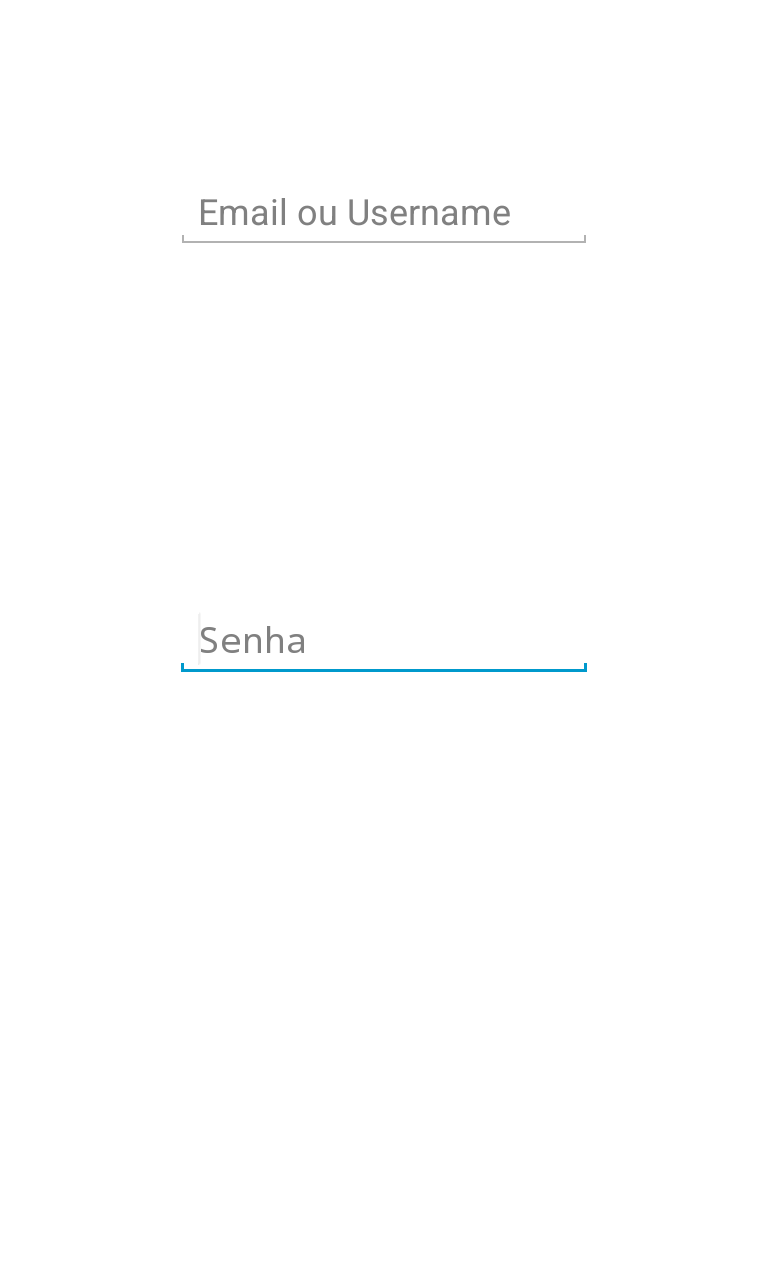
Repository: sergiofffilho/TrocandoIdeias
Layout: workspace/TrocandoIdeias/res/layout/activity_tela_login.xml
The author's editor kept a copy of each file at every save. The layout is drawn from the files as they stood at one save, then again after the next save.
It is drawn on a 768 x 1280 px phone screen (xhdpi) without system bars, with theme AppTheme; the app's code is not run.

Above is the layout before, as saved 2015-04-25 14:48:26.

After the next save:
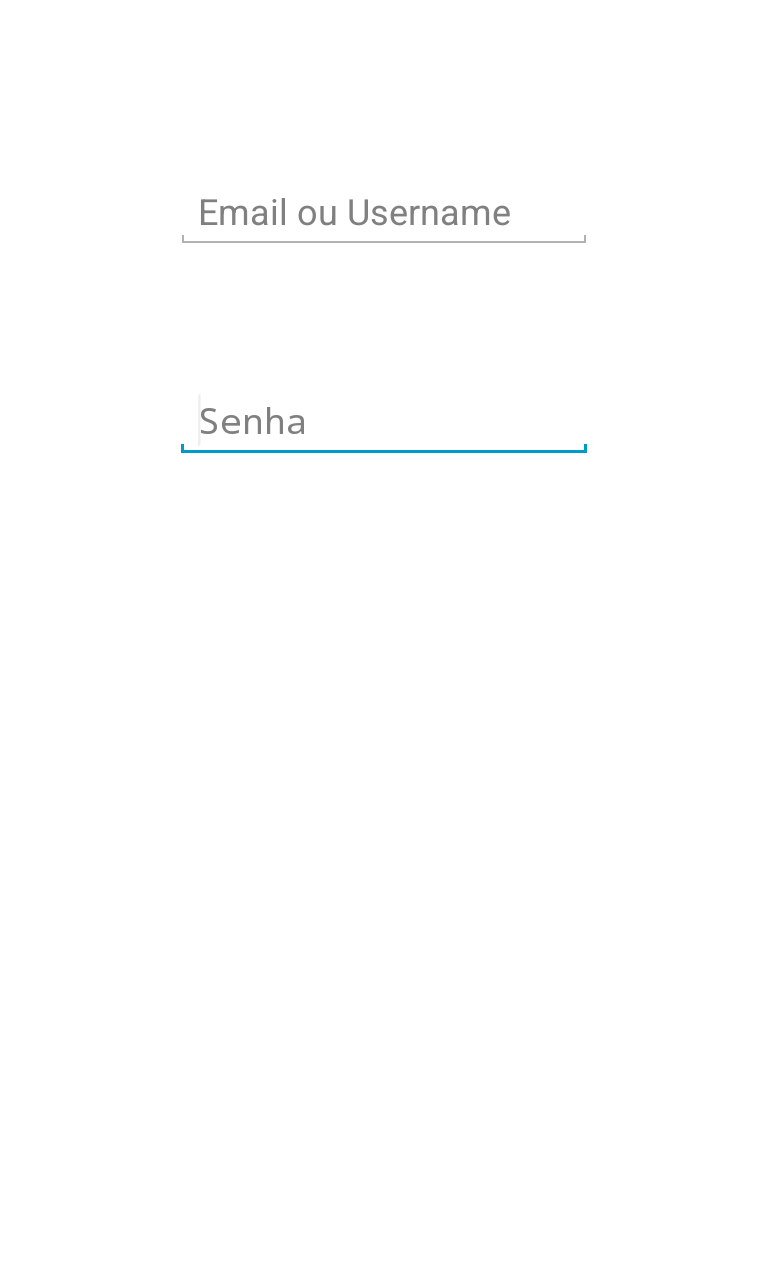
Saved 17 s later.
--- a/workspace/TrocandoIdeias/res/layout/activity_tela_login.xml
+++ b/workspace/TrocandoIdeias/res/layout/activity_tela_login.xml
@@ -22,8 +22,9 @@
         android:id="@+id/editText2"
         android:layout_width="wrap_content"
         android:layout_height="wrap_content"
+        android:layout_below="@+id/editText1"
         android:layout_centerHorizontal="true"
-        android:layout_centerVertical="true"
+        android:layout_marginTop="65dp"
         android:ems="10"
         android:hint="@string/senha"
         android:inputType="textPassword" >
